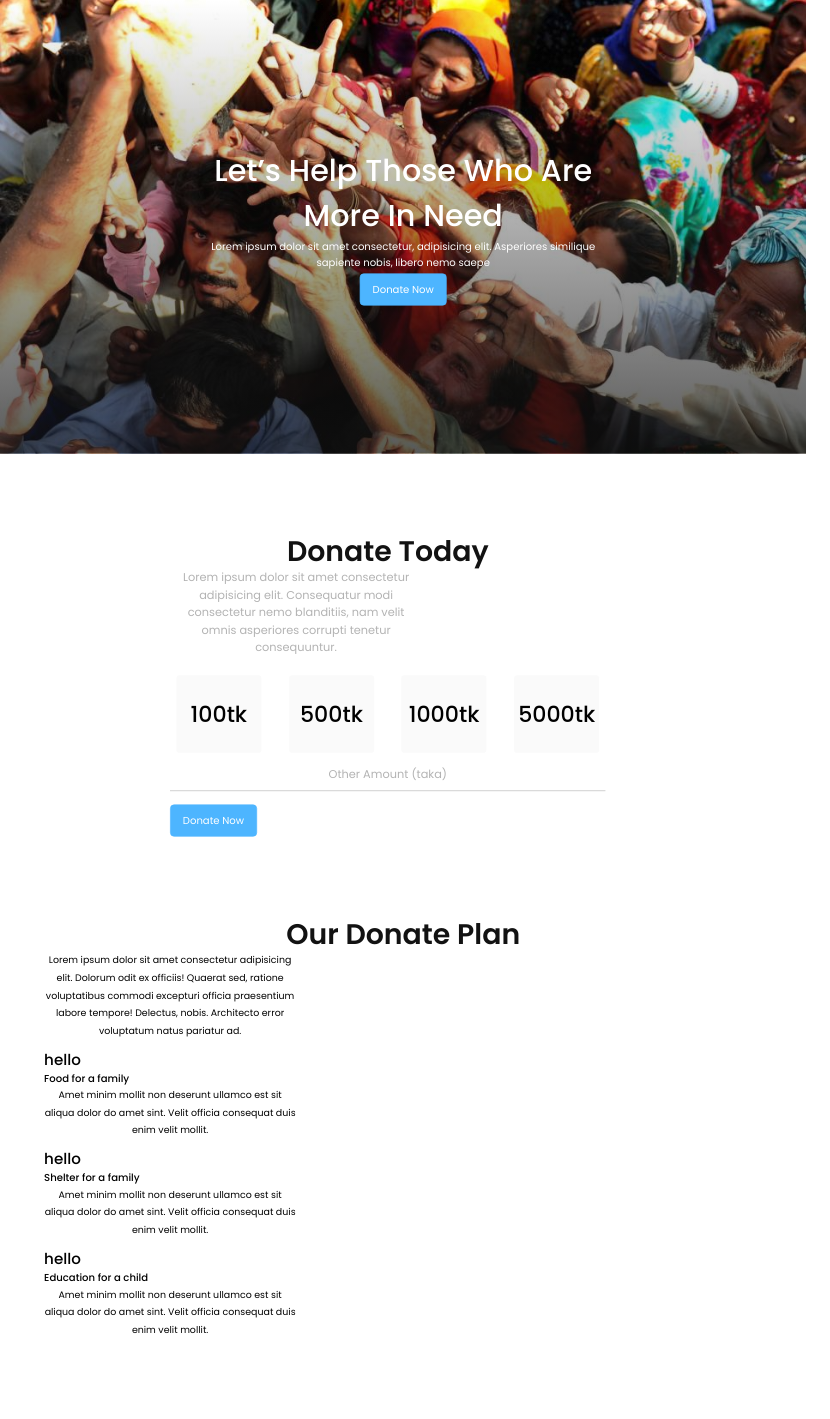
Repository: mdrubel02/donate-website
Page: index.html
These files come from the project's save history. The page is drawn as it stood at one moment and after the next save; the edit follows.
The browser window is 1280 px wide. The page is 1280 px wide, then 1318 px, so the pictures cover 1318 px, including what lies to the right of the window. The pictures show the whole page, at 63% of full size.

Above is the page before, as saved 2022-07-06 15:08:19.

### index.html
<!DOCTYPE html>
<html lang="en">

<head>
    <meta charset="UTF-8">
    <meta http-equiv="X-UA-Compatible" content="IE=edge">
    <meta name="viewport" content="width=device-width, initial-scale=1.0">
    <title>Our Donate Website</title>
    <link rel="stylesheet" href="./index.css">
</head>

<body>
    <!-- banner section -->
    <section class="banner-section">
        <div class="banner-content">
            <h1>Let’s Help Those Who Are More In Need</h1>
            <p >Lorem ipsum dolor sit amet consectetur, adipisicing elit. Asperiores similique
                sapiente nobis, libero nemo saepe</p>
            <a href="" class="btn btn-primary">Donate Now</a>
        </div>
    </section>

    <!-------- Donate Today------->
    <section class="container">
        <div class="donate-section">
            <h2 class="section-title">Donate Today</h2>

                <p class="small-title">Lorem ipsum dolor sit amet consectetur adipisicing elit. Consequatur modi
                    consectetur nemo blanditiis, nam velit omnis asperiores corrupti tenetur consequuntur.</p>

            <div class="donate-today">
                <div class="donate-content">
                    <h3>100<span>tk</span> </h3>
                </div>
                <div class="donate-content">
                    <h3>500<span>tk</span> </h3>
                </div>
                <div class="donate-content">
                    <h3>1000<span>tk</span> </h3>
                </div>
                <div class="donate-content">
                    <h3>5000<span>tk</span> </h3>
                </div>
            </div>
            <p>Other Amount <span>(taka)</span></p>
            <hr>
            <a href="" class="btn btn-primary">Donate Now</a>
        </div>
    </section>

    <!---------- donate plan section-------- -->
    <section class="container">
        <h3 class="section-title">Our Donate Plan</h3>
        <p class="small-title">Lorem ipsum dolor sit amet consectetur adipisicing elit. Dolorum odit ex officiis! Quaerat sed, ratione voluptatibus commodi excepturi officia praesentium labore tempore! Delectus, nobis. Architecto error voluptatum natus pariatur ad.</p>
        <div class="donate-plan-section">
            <div id="food" class="donate-plan-content">
                <h1>hello</h1>
                <h4>Food for a family</h4>
                <p class="small-title">Amet minim mollit non deserunt ullamco est sit aliqua dolor do amet sint. Velit officia consequat duis enim velit mollit.</p>
            </div>
            <div id="Shelter" class="donate-plan-content">
                <h1>hello</h1>
                <h4>Shelter for a family</h4>
                <p class="small-title">Amet minim mollit non deserunt ullamco est sit aliqua dolor do amet sint. Velit officia consequat duis enim velit mollit.</p>
            </div>
            <div id="education" class="donate-plan-content">
                <h1>hello</h1>
                <h4>Education for a child</h4>
                <p class="small-title">Amet minim mollit non deserunt ullamco est sit aliqua dolor do amet sint. Velit officia consequat duis enim velit mollit.</p>
            </div>
        </div>
    </section>
</body>

</html>

### index.css
/* =====GOOGLE FONTS====== */
@import url('https://fonts.googleapis.com/css2?family=Poppins:wght@300;400;500;600&display=swap');

/* =====COMMON STYLES====== */
* {
    margin: 0;
    padding: 0;
    border: 0;
    outline: 0;
    list-style: none;
    text-decoration: none;
}

body {
    font-family: 'Poppins', sans-serif;
}

h1,
h2,
h3,
h4,
h5,
h6 {
    font-weight: 500;
}

/* img {
    display: block;
    width: 100%;
    object-fit: cover;
} */

.container {
    max-width: 1200px;
    margin: 0 auto;
    padding: 0 30px;
    margin-top: 10%;
    margin-bottom: 10%;
    box-sizing: border-box;
}

a {
    color: #fff;
    transition: all 400ms ease;
}

a:hover {
    color: #fff;
}

.btn {
    text-align: center;
    width: max-content;
    display: inline-block;
    color: #fff;
    padding: 0.75rem 1.2rem;
    border-radius: 0.4rem;
    border: 1px solid #4db5ff;
    cursor: pointer;
    transition: all 400ms ease;
}

.btn:hover {
    background: #fff;
    color: #4db5ff;
    border: 1px solid #4db5ff;
}

.btn-primary {
    background: #4db5ff;
    color: #fff;
}

.section-title {
    color: #121212;
    font-weight: 700;
    font-size: 45px;
    line-height: 54px;
    text-align: center;
}

.small-title {
    font-family: 'Poppins';
    font-style: normal;
    font-weight: 400;
    width: 400px;
    font-size: 15px;
    line-height: 28px;
    text-align: center;
    display: block;
    margin-bottom: .9rem;
}

hr {
    border: 1px solid #DADADA;
    margin-bottom: 1.3rem;
}


/* ========BANNER SECTION STYLE======== */

.banner-section {
    background-image: url(./images/donation0.jpg);
    background-repeat: no-repeat;
    background-size: cover;
    background-position: center center;
    height: 100vh;
    width: 100%;
    position: relative;
    z-index: 1;
    display: flex;
    flex-direction: column;
    justify-content: center;
    align-items: center;
    text-align: center;
}

.banner-section:after {
    content: "";
    position: absolute;
    top: 0;
    left: 0;
    width: 100%;
    height: 100%;
    background: linear-gradient(360deg, #121212 0%, rgba(18, 18, 18, 0) 100%);
    opacity: .7;
    z-index: -5;
}

.banner-content {
    width: 50%;
}

.banner-content h1 {
    font-size: 3rem;
    color: #fff;
}

.banner-content p {
    margin-bottom: 5px;
    color: #fff;
}

/*=========== Donate section style========= */
.donate-today {
    display: flex;
    gap: 1.5rem;
    justify-content: space-around;

}

.donate-content {
    width: 135px;
    height: 123px;
    background: #FAFAFA;
    border-radius: 5px;
    font-size: 30px;
    font-weight: 700;
    line-height: 36px;
    display: flex;
    justify-content: center;
    align-items: center;
    margin: 1.2rem 0;
    transition: all 400ms ease;
}

.donate-content:hover {
    border: 2px solid #FF5959;
    border-radius: 5px;
    color: #FF5959;
}

.donate-section {
    width: 691px;
    margin-left: 200px;
}

.donate-section a {
    text-align: center;
}

.donate-section p {
    font-weight: 400;
    font-size: 18px;
    line-height: 28px;
    color: #B3B3B3;
    text-align: center;
    margin-bottom: .7rem;
}

/*========donate plan section======= */
/* .donate-plan-section {
    display: flex;
    gap: 1.5rem;
}

#Shelter {
    background:#dfe4ea;
    border-radius: 5px;
}
#food{
    background-color:#ffcccc;
}
#education{
    background-color: #F8EFBA;
}
.donate-plan-content{
    padding: 2rem 1rem;
} */

After the next save:
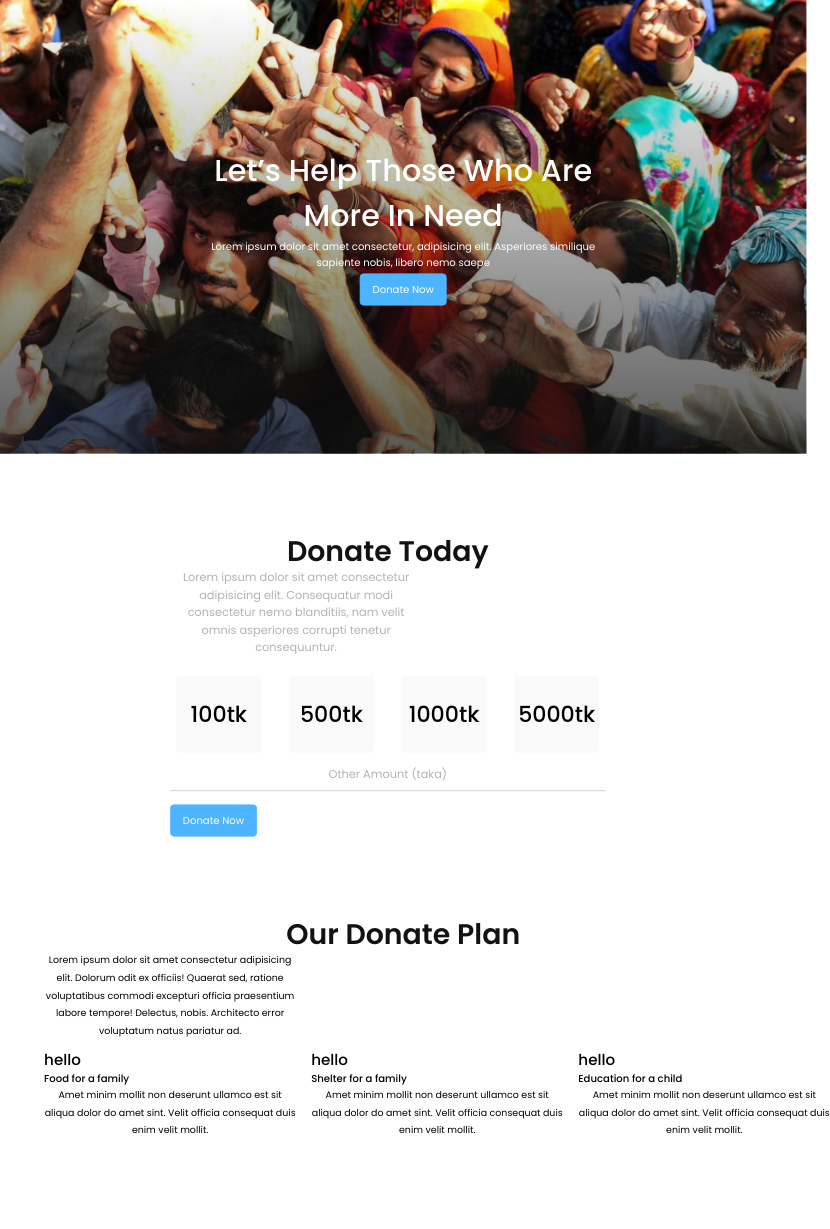
Saved 88 s later.
--- a/index.css
+++ b/index.css
@@ -189,12 +189,13 @@ hr {
 }
 
 /*========donate plan section======= */
-/* .donate-plan-section {
+
+.donate-plan-section {
     display: flex;
     gap: 1.5rem;
 }
 
-#Shelter {
+/* #Shelter {
     background:#dfe4ea;
     border-radius: 5px;
 }
